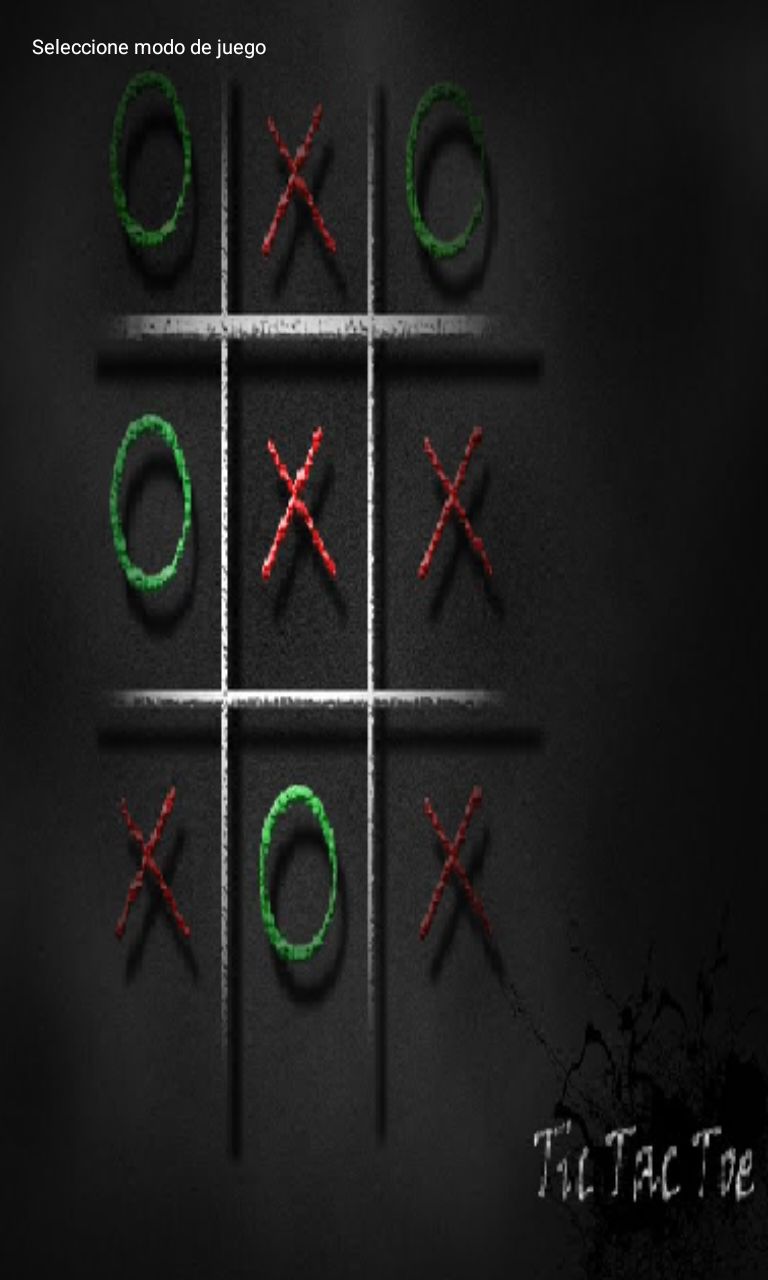
Repository: ivan-yc/miProyecto
Layout: TresEnRaya/res/layout/activity_main.xml
An editor plug-in stored every save of this project. The layout is shown before and after the next save, followed by the edit.
It is drawn on a 768 x 1280 px phone screen (xhdpi) without system bars, with theme AppTheme; the app's code is not run.

Above is the layout before, as saved 2013-05-16 20:04:37.

### TresEnRaya/res/layout/activity_main.xml
<RelativeLayout xmlns:android="http://schemas.android.com/apk/res/android"
    xmlns:tools="http://schemas.android.com/tools"
    android:layout_width="match_parent"
    android:layout_height="match_parent"
    android:paddingBottom="@dimen/activity_vertical_margin"
    android:paddingLeft="@dimen/activity_horizontal_margin"
    android:paddingRight="@dimen/activity_horizontal_margin"
    android:paddingTop="@dimen/activity_vertical_margin"
    android:background="@drawable/BGttt"
    tools:context=".MainActivity" >

    <TextView
        android:id="@+id/textView1"
        android:layout_width="wrap_content"
        android:layout_height="wrap_content"
        android:layout_alignParentLeft="true"
        android:layout_alignParentTop="true"
        android:text="Seleccione modo de juego"
        android:textColor="#FFFFFF"
        android:textSize="10dp"
        android:textAppearance="?android:attr/textAppearanceLarge" />

</RelativeLayout>

Loaded but not shown: TresEnRaya/res/values/styles.xml (common file); TresEnRaya/res/values-v11/styles.xml (common file); TresEnRaya/res/values-v14/styles.xml (common file); TresEnRaya/res/values/dimens.xml (common file)

After the next save:
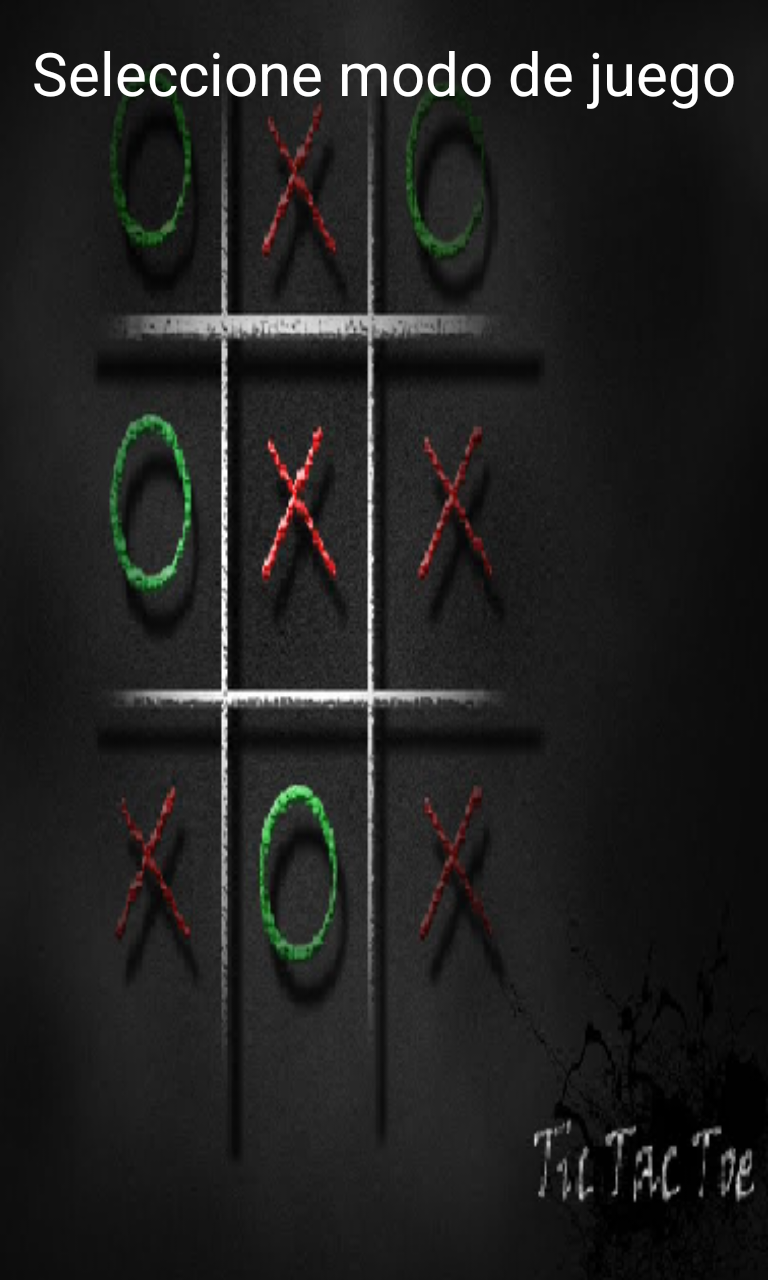
Saved 8 s later.
--- a/TresEnRaya/res/layout/activity_main.xml
+++ b/TresEnRaya/res/layout/activity_main.xml
@@ -17,7 +17,7 @@
         android:layout_alignParentTop="true"
         android:text="Seleccione modo de juego"
         android:textColor="#FFFFFF"
-        android:textSize="10dp"
+        android:textSize="30dp"
         android:textAppearance="?android:attr/textAppearanceLarge" />
 
 </RelativeLayout>
